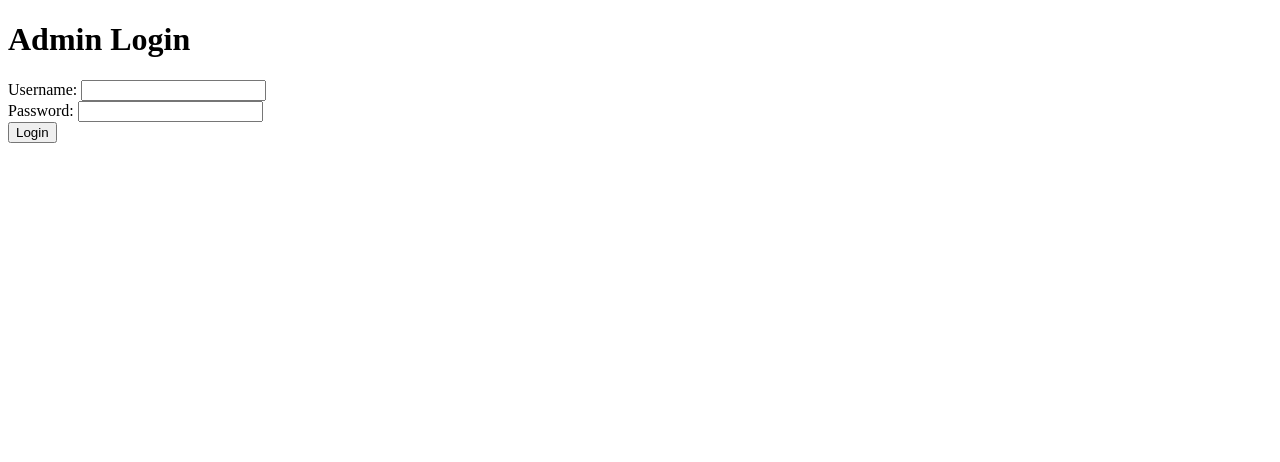
Repository: omas1st/stories
Page: http://localhost/admin/login
These files come from the project's save history. The page is drawn as it stood at one moment and after the next save; the edit follows.
The browser window is 1280 px wide. The pictures show the whole page.
The page is served by the project's Node server (server.js).

Above is the page before, as saved 2025-04-06 15:31:04.

After the next save:
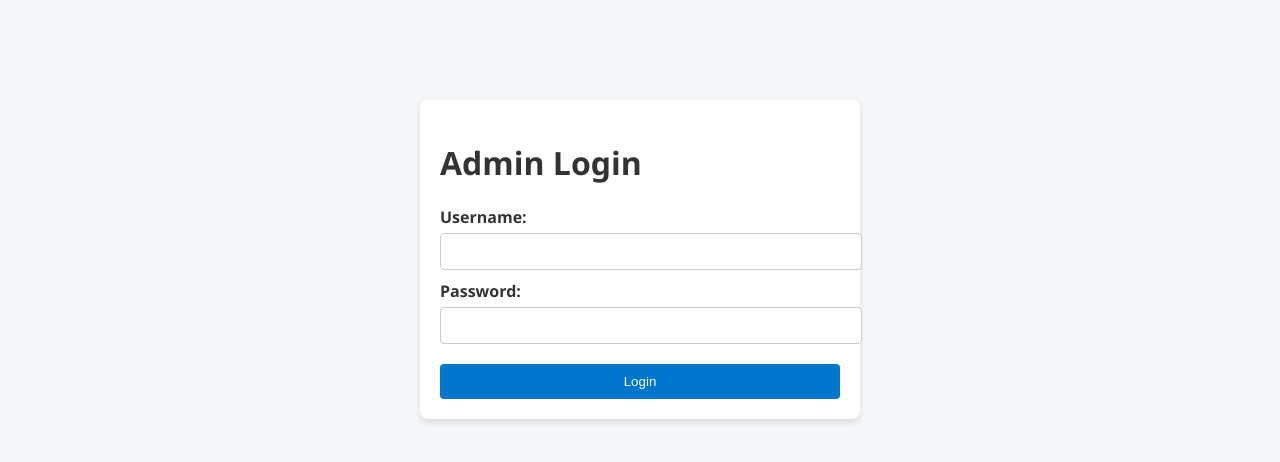
Saved 27 s later.
--- a/views/admin_login.ejs
+++ b/views/admin_login.ejs
@@ -3,20 +3,63 @@
 <head>
   <meta charset="UTF-8">
   <title>Admin Login</title>
+  <link rel="stylesheet" href="/css/styles.css">
+  <style>
+    /* Optional: Inline styling for centering login form */
+    .login-container {
+      max-width: 400px;
+      margin: 100px auto;
+      padding: 20px;
+      background: #fff;
+      border-radius: 8px;
+      box-shadow: 0 4px 6px rgba(0,0,0,0.1);
+    }
+    .login-container form label {
+      display: block;
+      margin-top: 10px;
+      font-weight: bold;
+    }
+    .login-container form input {
+      width: 100%;
+      padding: 10px;
+      margin-top: 5px;
+      border: 1px solid #ccc;
+      border-radius: 4px;
+    }
+    .login-container form button {
+      margin-top: 20px;
+      padding: 10px;
+      width: 100%;
+      background-color: #0077cc;
+      color: #fff;
+      border: none;
+      border-radius: 4px;
+      cursor: pointer;
+    }
+    .login-container form button:hover {
+      background-color: #005fa3;
+    }
+    .error {
+      margin-top: 10px;
+      text-align: center;
+    }
+  </style>
 </head>
 <body>
-  <h1>Admin Login</h1>
-  <% if (error) { %>
-    <p style="color:red;"><%= error %></p>
-  <% } %>
-  <form action="/admin/login" method="POST">
-    <label for="username">Username:</label>
-    <input type="text" name="username" required />
-    <br />
-    <label for="password">Password:</label>
-    <input type="password" name="password" required />
-    <br />
-    <button type="submit">Login</button>
-  </form>
+  <div class="login-container">
+    <h1>Admin Login</h1>
+    <% if (error) { %>
+      <p class="error"><%= error %></p>
+    <% } %>
+    <form action="/admin/login" method="POST">
+      <label for="username">Username:</label>
+      <input type="text" name="username" required />
+
+      <label for="password">Password:</label>
+      <input type="password" name="password" required />
+
+      <button type="submit">Login</button>
+    </form>
+  </div>
 </body>
 </html>
